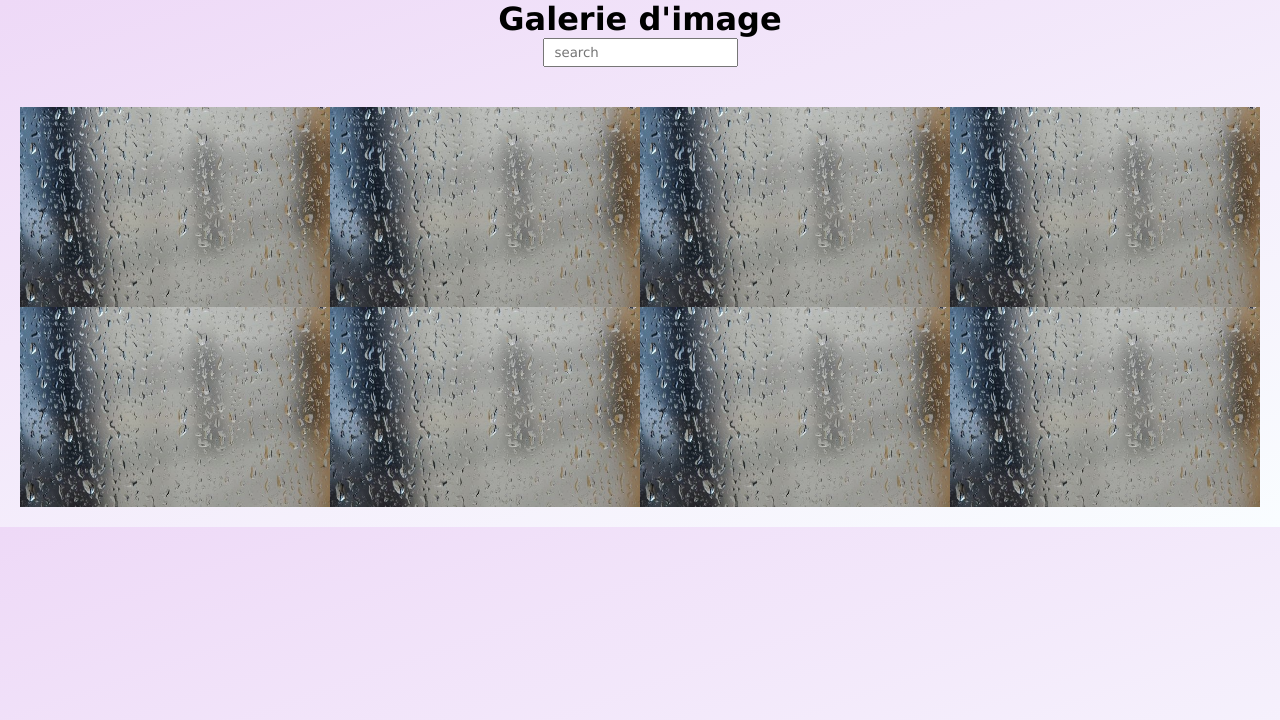
Repository: Chaimaa482/web2-tp3
Page: exo1_responsive.html
The author's editor kept a copy of each file at every save. The page is drawn from the files as they stood at one save, then again after the next save.
The browser window is 1280 px wide. The pictures show the whole page.

Above is the page before, as saved 2024-02-20 20:54:35.

### exo1_responsive.html

  <!DOCTYPE html>
<html lang="en">
<head>
  <meta charset="UTF-8">
  <meta name="viewport" content="width=device-width, initial-scale=1.0">
  <link rel="stylesheet">
  <title>Image Gallery</title>
  <style>
    * {
        box-sizing: border-box;
        -moz-box-sizing: border-box;
        -webkit-box-sizing: border-box;
        margin: 0;
        padding: 0;
        font-family: "Lucida Sans", "Lucida Sans Regular", "Lucida Grande",
          "Lucida Sans Unicode", Geneva, Verdana, sans-serif;
      }
      body {
        width: 100vw;
        background-color: #f9fdff;
        background-image: linear-gradient(341deg, #f9fdff 0%, #eed9f7 100%);
      }
      main {
        display: flex;
        flex-direction: column;
        align-items: center;
      }
      .images {
        display: flex;
        flex-wrap: wrap;
        width: 100%;
        margin-top: 20px;
        padding: 20px;
      }
      img {
        width: 25%;
        height: 200px;
      }
      input {
        padding: 5px 10px;
      }

      @media (min-width: 400px) and (max-width: 800px) {
        img {
          width: 50%;
        }
      }

      @media (max-width: 400px) {
        input {
          display: none;
        }
        img {
          width:50%;
        }

      }
      @media print {
        input {
          display: none;
        }
        img {
          width: 50%;
        }
      }
    </style>
</head>
<!DOCTYPE html>
<html lang="en">
<head>
    <meta charset="UTF-8">
    <meta name="viewport" content="width=device-width, initial-scale=1.0">
    <title>Document</title>
 <link rel="stylesheet" >
</head>
<body>
    <main>
        <h1>Galerie d'image</h1>
        <input type="text" placeholder="search">
        <div class="images">
            <img src="image.jpg" alt="">
            <img src="image.jpg" alt="">
            <img src="image.jpg" alt="">
            <img src="image.jpg" alt="">
            <img src="image.jpg"  alt="">
            <img src="image.jpg" alt="">
            <img src="image.jpg" alt="">
            <img src="image.jpg" alt="">
        </div>
    </main>
</body>
</html>
</html>

After the next save:
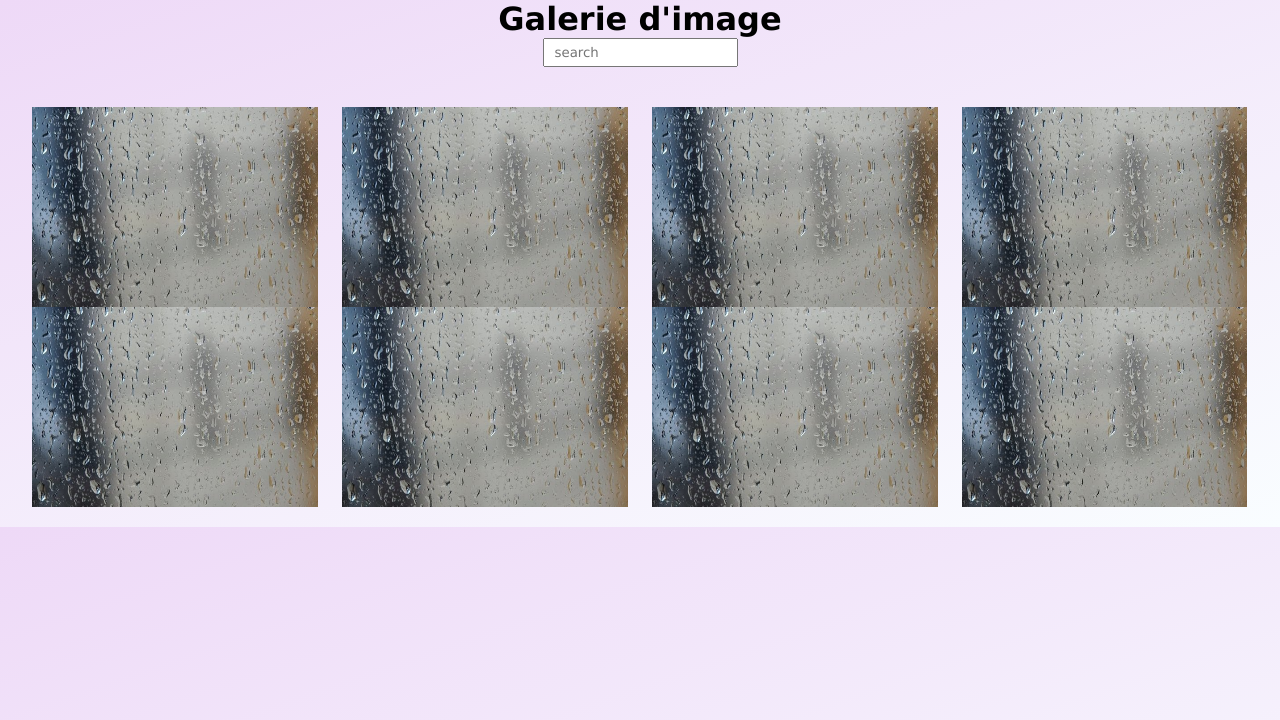
Saved 6 min 4 s later.
--- a/exo1_responsive.html
+++ b/exo1_responsive.html
@@ -41,29 +41,30 @@
         padding: 5px 10px;
       }
 
-      @media (min-width: 400px) and (max-width: 800px) {
-        img {
-          width: 50%;
-        }
-      }
+      @media (max-width: 600px) {
+  .images {
+    justify-content: center;
+  }
+  img {
+    width: 100%; /* Display one picture per row */
+    margin-bottom: 10px; /* Add some space between images */
+  }
+}
 
-      @media (max-width: 400px) {
-        input {
-          display: none;
-        }
-        img {
-          width:50%;
-        }
+@media (min-width: 601px) and (max-width: 900px) {
+  img {
+    width: 45%; /* Display two pictures per row */
+    margin: 0 2.5%; /* Add some space between images */
+  }
+}
 
-      }
-      @media print {
-        input {
-          display: none;
-        }
-        img {
-          width: 50%;
-        }
-      }
+@media (min-width: 901px) {
+  img {
+    width: 23%; /* Display four pictures per row */
+    margin: 0 1%; /* Add some space between images */
+  }
+}
+
     </style>
 </head>
 <!DOCTYPE html>
